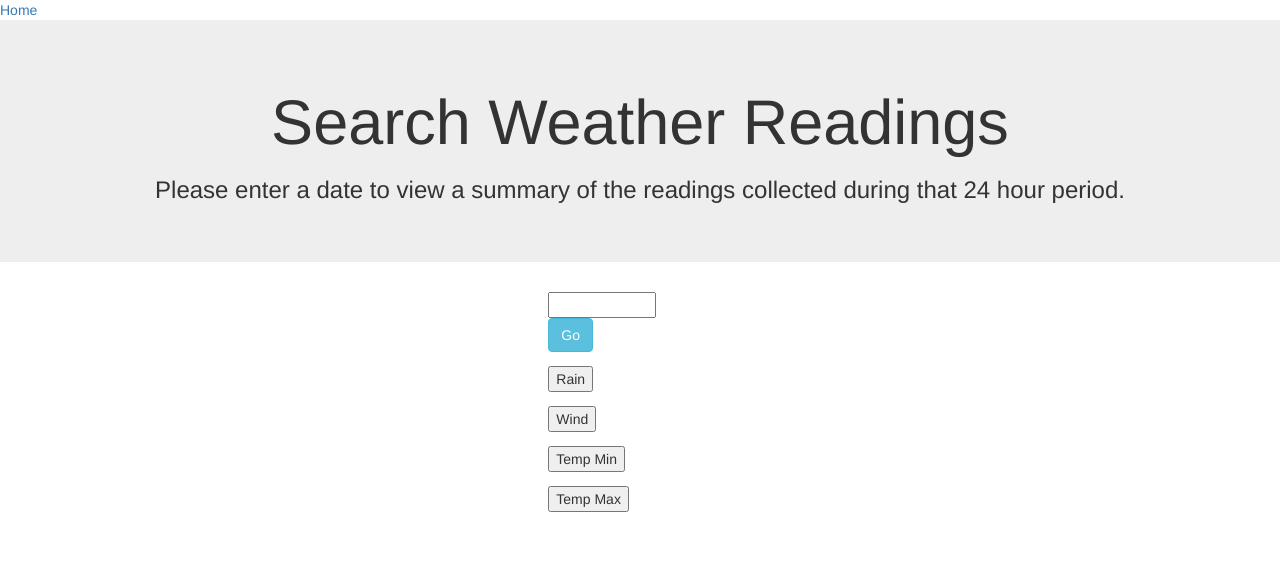
Repository: kralin27/ILC
Page: http://localhost/TESCWeather/WEB-INF/jsp/Search.jsp
These files come from the project's save history. The page is drawn as it stood at one moment and after the next save; the edit follows.
The browser window is 1280 px wide. The pictures show the whole page.
The page is served by Tomcat 9. Nobody is signed in. Other server files are loaded and not shown. The template is opened directly, without the code that normally fills it, so the values that code supplies are empty.

Above is the page before, as saved 2016-12-13 02:42:25.

### TESCWeather/src/main/webapp/WEB-INF/jsp/Search.jsp
<%@ taglib prefix="c" uri="http://java.sun.com/jsp/jstl/core"%>
<%@ taglib prefix="spring" uri="http://www.springframework.org/tags"%>

<html>
<head lang="en">
     <head>
          <meta charset="utf-8">
          <meta http-equiv="X-UA-Compatible" content="IE=edge">
          <meta name="viewport" content="width=device-width, initial-scale=1">
    <title>Search</title>
        <link rel="stylesheet" href="https://maxcdn.bootstrapcdn.com/bootstrap/3.3.5/css/bootstrap.min.css">

</head>
<body>
		<a href=" <spring:url value="/" /> "> Home </a>

<div class="jumbotron">

                  <h1 align="center">Search Weather Readings</h2>
                  <h3 align="center">Please enter a date to view a summary of the readings collected during that 24 hour period.</h3>
</div>


<div class="col-md-4 col-md-offset-5">
	<form method="GET" action=" <spring:url value="/WeatherReadings/Date" />">
		<input type="text" name="date" size="10" >
		<p>
		<button type="submit" class="btn btn-large btn-info"> Go</button>
	</form>

	<form method="GET" action=" <spring:url value="/WeatherReadings/Measure/Rain" />">
		<input type="submit" value="Rain">
	</form>

	<form method="GET" action=" <spring:url value="/WeatherReadings/Measure/Wind" />">
		<input type="submit" value="Wind">
	</form>

	<form method="GET" action=" <spring:url value="/WeatherReadings/Measure/TempMin" />">
		<input type="submit" value="Temp Min">
	</form>

	<form method="GET" action=" <spring:url value="/WeatherReadings/Measure/TempMax" />">
		<input type="submit" value="Temp Max">
	</form>

</div>


</body>
</html>

After the next save:
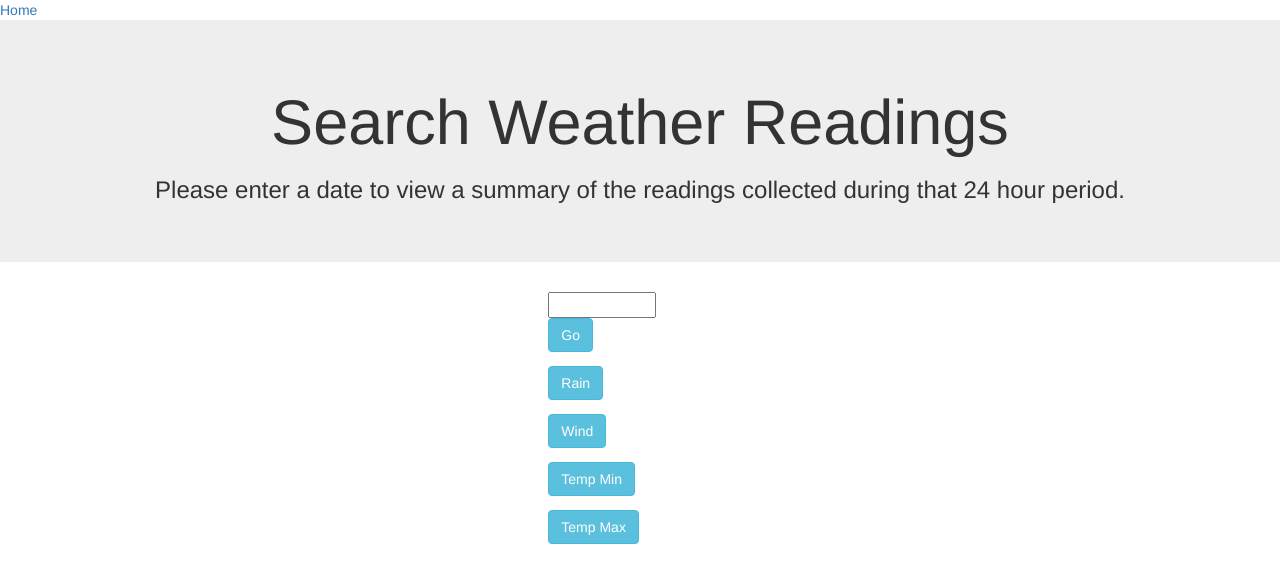
Saved 41 s later.
--- a/TESCWeather/src/main/webapp/WEB-INF/jsp/Search.jsp
+++ b/TESCWeather/src/main/webapp/WEB-INF/jsp/Search.jsp
@@ -29,19 +29,19 @@
 	</form>
 
 	<form method="GET" action=" <spring:url value="/WeatherReadings/Measure/Rain" />">
-		<input type="submit" value="Rain">
+		<input type="submit" class="btn btn-large btn-info" value="Rain">
 	</form>
 
 	<form method="GET" action=" <spring:url value="/WeatherReadings/Measure/Wind" />">
-		<input type="submit" value="Wind">
+		<input type="submit" class="btn btn-large btn-info" value="Wind">
 	</form>
 
 	<form method="GET" action=" <spring:url value="/WeatherReadings/Measure/TempMin" />">
-		<input type="submit" value="Temp Min">
+		<input type="submit" class="btn btn-large btn-info"value="Temp Min">
 	</form>
 
 	<form method="GET" action=" <spring:url value="/WeatherReadings/Measure/TempMax" />">
-		<input type="submit" value="Temp Max">
+		<input type="submit" class="btn btn-large btn-info" value="Temp Max">
 	</form>
 
 </div>
